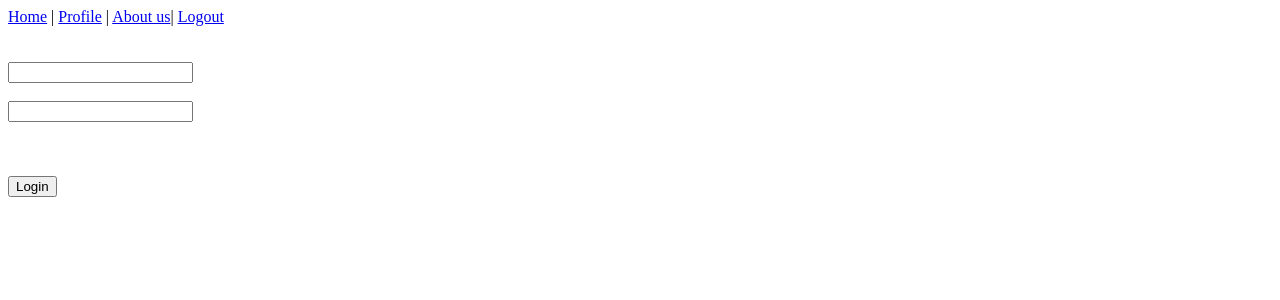
Repository: Asterisc-Institute/Advance-Java-Batch5
Page: Session-Day03/WebContent/index.html
These files come from the project's save history. The page is drawn as it stood at one moment and after the next save; the edit follows.
The browser window is 1280 px wide. The pictures show the whole page.

Above is the page before, as saved 2023-05-08 12:00:19.

### Session-Day03/WebContent/index.html
<!DOCTYPE html>
<html>
<head>
<meta charset="ISO-8859-1">
<title>Insert title here</title>
</head>
<body>
<a href="home">Home</a> | <a href="profile">Profile</a> | <a href="about">About us</a>| <a href="logout">Logout</a><br/><br/><br/>

<form action="home">
<input type="text" name="uname"><br/><br/>
<input type="text" name="upass"><br/><br/>
<input type="hidden" name="offer" value="50DX1"><br/><br/>
<input type="submit" value="Login">
</form>
</body>
</html>

After the next save:
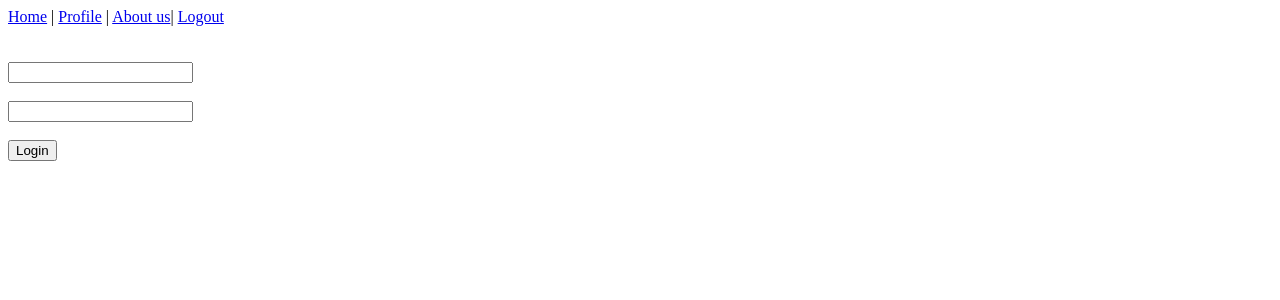
Saved 44 s later.
--- a/Session-Day03/WebContent/index.html
+++ b/Session-Day03/WebContent/index.html
@@ -10,7 +10,7 @@
 <form action="home">
 <input type="text" name="uname"><br/><br/>
 <input type="text" name="upass"><br/><br/>
-<input type="hidden" name="offer" value="50DX1"><br/><br/>
+
 <input type="submit" value="Login">
 </form>
 </body>

After the save that followed:
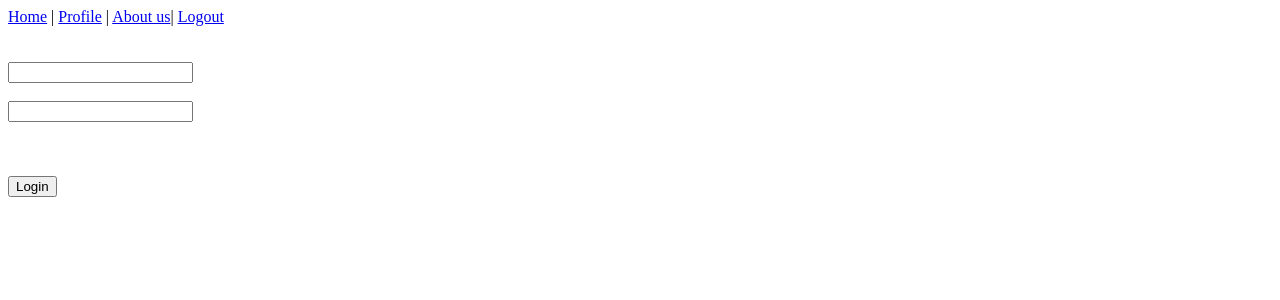
Saved 20 s later.
--- a/Session-Day03/WebContent/index.html
+++ b/Session-Day03/WebContent/index.html
@@ -10,7 +10,7 @@
 <form action="home">
 <input type="text" name="uname"><br/><br/>
 <input type="text" name="upass"><br/><br/>
-
+<input type="hidden" name="offer" value="50DX1"><br/><br/>
 <input type="submit" value="Login">
 </form>
 </body>
